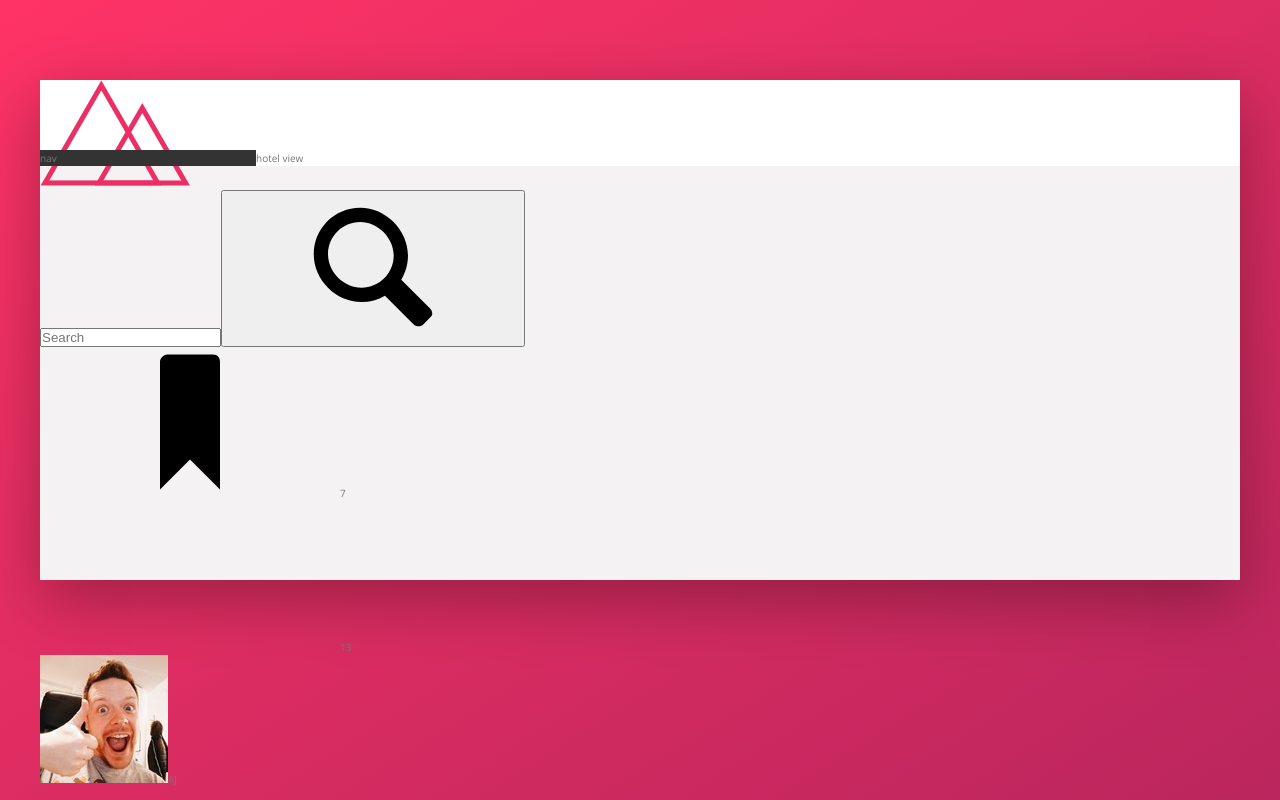
Repository: ajayaj2001/modern-Hotel
Page: /
An editor plug-in stored every save of this project. The page is shown before and after the next save, followed by the edit.
The browser window is 1280 px wide. The pictures show the whole page.
The project was rebuilt for these pictures with package versions that can differ from the ones it lists, and the page was loaded fresh each time.

Above is the page before, as saved 2020-12-12 23:49:07.

### public/index.html
<!DOCTYPE html>
<html lang="en">

<head>
  <meta charset="utf-8" />
  <link rel="icon" href="%PUBLIC_URL%/favicon.ico" />
  <meta name="viewport" content="width=device-width, initial-scale=1" />
  <meta name="theme-color" content="#000000" />
  <meta name="description" content="Web site created using create-react-app" />
  <link rel="apple-touch-icon" href="%PUBLIC_URL%/logo192.png" />
  <link rel="preconnect" href="https://fonts.gstatic.com">
  <link href="https://fonts.googleapis.com/css2?family=Open+Sans:wght@300;400;600&display=swap" rel="stylesheet">
  <!--
      manifest.json provides metadata used when your web app is installed on a
      user's mobile device or desktop. See https://developers.google.com/web/fundamentals/web-app-manifest/
    -->
  <link rel="manifest" href="%PUBLIC_URL%/manifest.json" />
  <!--
      Notice the use of %PUBLIC_URL% in the tags above.
      It will be replaced with the URL of the `public` folder during the build.
      Only files inside the `public` folder can be referenced from the HTML.

      Unlike "/favicon.ico" or "favicon.ico", "%PUBLIC_URL%/favicon.ico" will
      work correctly both with client-side routing and a non-root public URL.
      Learn how to configure a non-root public URL by running `npm run build`.
    -->
  <title>React App</title>
</head>

<body>
  <noscript>You need to enable JavaScript to run this app.</noscript>
  <div id="root"></div>
  <!--
      This HTML file is a template.
      If you open it directly in the browser, you will see an empty page.

      You can add webfonts, meta tags, or analytics to this file.
      The build step will place the bundled scripts into the <body> tag.

      To begin the development, run `npm start` or `yarn start`.
      To create a production bundle, use `npm run build` or `yarn build`.
    -->
</body>

</html>

### src/index.js
import React from 'react';
import ReactDOM from 'react-dom';
import './index.scss';
import App from '../src/app/App';

ReactDOM.render(
  <React.StrictMode>
    <App />
  </React.StrictMode>,
  document.getElementById('root')
);

### src/index.scss
@import "../src/scss/reuse.scss";
* {
  margin: 0;
  padding: 0;
}
:root {
  --color-primary: #eb2f64;
  --color-primary-light: #ff3366;
  --color-primary-dark: #ba265d;

  --color-gray-light-1: #faf9f9;
  --color-gray-light-2: #f4f2f2;
  --color-gray-light-3: #f0eeee;
  --color-gray-light-4: #ccc;

  --color-gray-dark-1: #333;
  --color-gray-dark-2: #777;
  --color-gray-dark-3: #999;
}
*,
*::before,
*::after {
  box-sizing: inherit;
}
html {
  box-sizing: border-box;
  font-size: 62.5%; //1rem=10px 10px/16px=62.5%
}
body {
  font-family: "Open Sans", sans-serif;
  -webkit-font-smoothing: antialiased;
  -moz-osx-font-smoothing: grayscale;
  font-family: "Open Sans", sans-serif;
  font-weight: 400;
  line-height: 1.6;
  background-image: linear-gradient(to right bottom, var(--color-primary-light), var(--color-primary-dark));
  background-size: cover;
  background-repeat: no-repeat;
  min-height: 100vh;
  color: var(--color-gray-dark-2);
}

### src/app/App.js
import React from 'react';
import Header from '../header/Header';
import './App.scss';
function App() {
  return (
    <div className="container">
      <Header />
      <div className="content">
        <div className="sidebar">nav</div>
        <main className="hotel-view">
          hotel view
       </main>
      </div>
    </div>
  );
}

export default App;

### src/scss/reuse.scss
// variables

// $primary: #eb2f64;
// $primary-light: #ff3366;
// $primary-dark: #ba265d;

// $gray-light-1: #faf9f9;
// $gray-light-2: #f4f2f2;
// $gray-light-3: #f0eeee;

// $gray-dark-1: #333;
// $gray-dark-2: #777;
// $gray-dark-3: #999;

### src/header/Header.js
import React from 'react'
import './Header.scss';
import logo from '../img/logo.png';
import user from '../img/user-1.jpg';
import svg from '../img/sprite.svg'
const Header = () => {
    return (
        <div className="header">
            <img src={logo} alt="logo" className="logo" />

            <form action="#" className="search">
                <input type="text" className="search___input" placeholder="Search" />
                <button className="search__button">
                    <svg className="search__icon">
                        <use xlinkHref={`${svg}#icon-magnifying-glass`}></use>
                    </svg>
                </button>
            </form>
            <nav className="user-nav">
                <div className="user-nav__icon-box">
                    <svg className="user-nav__icon">
                        <use xlinkHref={`${svg}#icon-bookmark`}></use>
                    </svg>
                    <span className="user-nav__notification">7</span>
                </div>
                <div className="user-nav__icon-box">
                    <svg className="user-nav__icon">
                        <use xlinkHref={`${svg}#icon-chart`}></use>
                    </svg>
                    <span className="user-nav__notification">13</span>
                </div>
                <div className="user-nav__user">
                    <img src={user} alt="user-photo" className="user-nav__user-profile" />
                    <span className="user-nav__user-name">AJ</span>
                </div>
            </nav>
        </div>
    )
}

export default Header

### src/app/App.scss
.container {
    max-width: 120rem;
    margin: 8rem auto;
    background-color: var(--color-gray-light-2);
    box-shadow: 0 2rem 6rem rgba(black, 0.3);
    min-height: 50rem;
}
.content {
    display: flex;
}
.sidebar {
    background-color: var(--color-gray-dark-1);
    flex: 0 0 18%;
}
.hotel-view {
    background-color: rgb(255, 255, 255);
    flex: 1;
}

### src/header/Header.scss
.header {
    height: 7rem;
    background-color: #fff;
    border-bottom: var(--color-gray-light-2);
}
.logo {
}

After the next save:
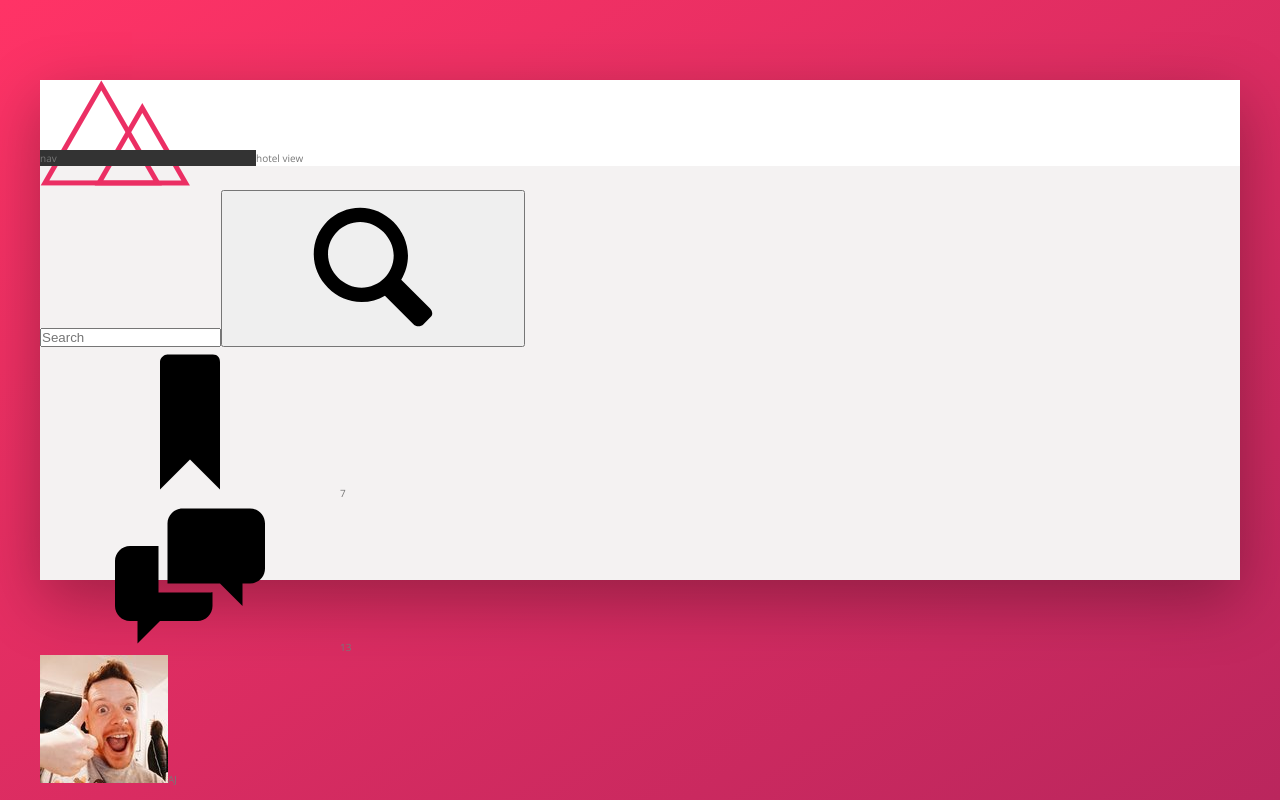
Saved 15 s later.
--- a/src/header/Header.js
+++ b/src/header/Header.js
@@ -25,7 +25,7 @@ const Header = () => {
                 </div>
                 <div className="user-nav__icon-box">
                     <svg className="user-nav__icon">
-                        <use xlinkHref={`${svg}#icon-chart`}></use>
+                        <use xlinkHref={`${svg}#icon-chat`}></use>
                     </svg>
                     <span className="user-nav__notification">13</span>
                 </div>
